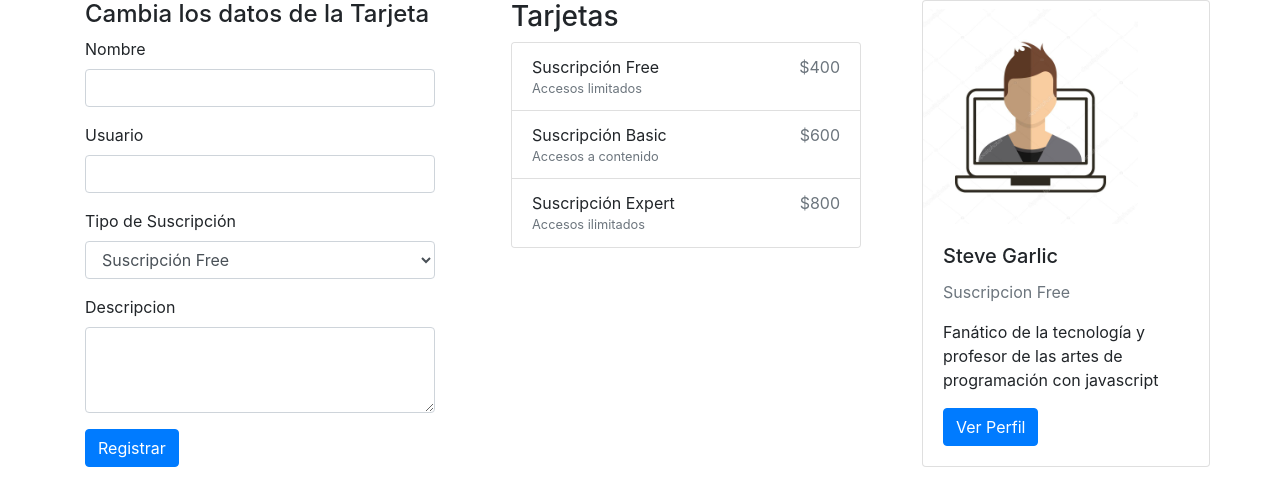
Repository: pedro-donoso/manipulacion-dom
Page: index.html
The author's editor kept a copy of each file at every save. The page is drawn from the files as they stood at one save, then again after the next save.
The browser window is 1280 px wide. The pictures show the part of the page from y = 602 to 1085 px (the page is 1085 px tall before and 1069 px after).

Above is the page before, as saved 2024-02-06 14:30:56.

After the next save:
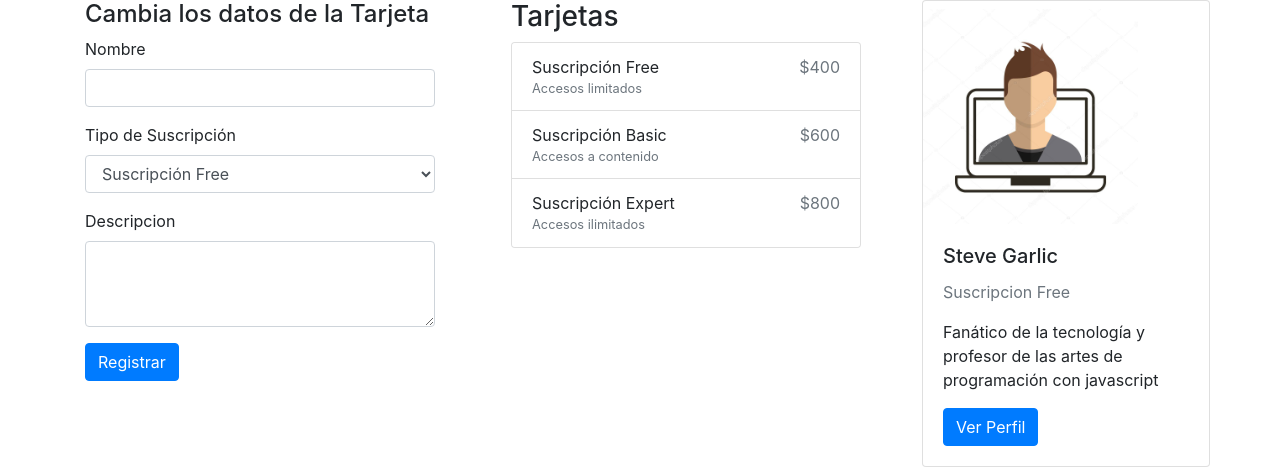
Saved 12 s later.
--- a/index.html
+++ b/index.html
@@ -37,8 +37,6 @@
                     <!-- 21- AGREGO ID DE CADA CAMPO -->
                     <label>Nombre</label>
                     <input type="text" class="form-control mb-3" id="nombre">
-                    <label>Usuario</label>
-                    <input type="text" class="form-control mb-3" id="usuario">
                     <label>Tipo de Suscripción</label>
                     <select id="suscripcion" class="form-control mb-3">
                             <option value="Suscripción Free">Suscripción Free</option>
